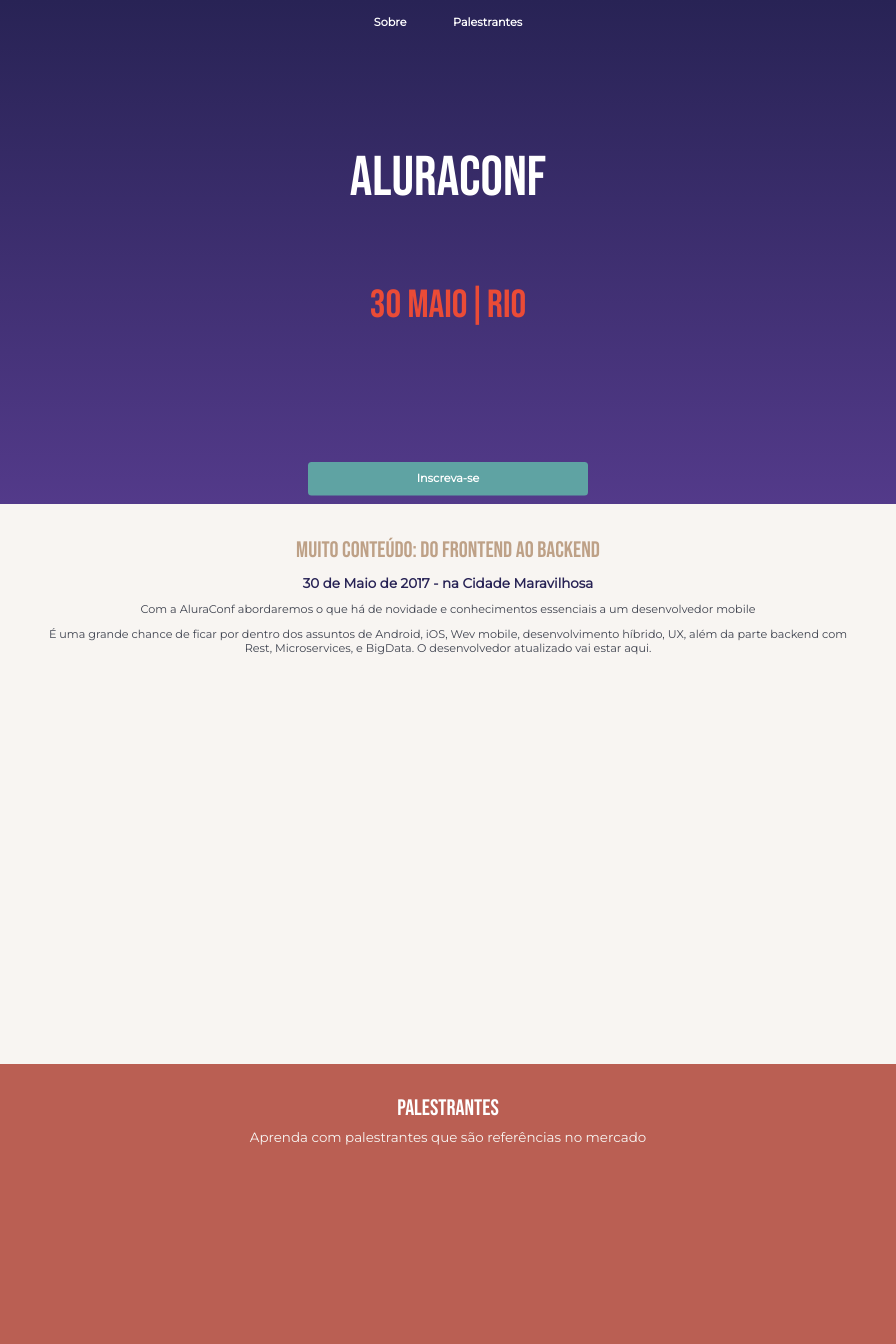
Repository: tomoliveira1/aluraconf
Page: index.html
These files come from the project's save history. The page is drawn as it stood at one moment and after the next save; the edit follows.
The browser window is 1280 px wide. The pictures show the part of the page from y = 0 to 1920 px (the page is 2856 px tall before and 2271 px after), at 70% of full size.

Above is the page before, as saved 2021-10-12 20:21:30.

### index.html
<!-- PROJETO FINAL - ALURACONF -->

<!DOCTYPE html>
<html lang="pt-br">
  <head>
    <meta charset="UTF-8" />
    <meta http-equiv="X-UA-Compatible" content="IE=edge" />
    <meta name="viewport" content="width=device-width, initial-scale=1.0" />
    <title>AluraConf</title>

    <link rel="stylesheet" href="/aluraconf/css/reset.css" />
    <link rel="stylesheet" href="/aluraconf/css/base.css" />

    <link rel="stylesheet" href="aluraconf/css/header.css" />
    <link rel="stylesheet" href="aluraconf/css/about.css" />
    <link rel="stylesheet" href="aluraconf/css/palestrantes.css" />
    <link rel="stylesheet" href="aluraconf/css/form.css" />

    <link rel="preconnect" href="https://fonts.googleapis.com" />
    <link rel="preconnect" href="https://fonts.gstatic.com" crossorigin />
    <link
      href="https://fonts.googleapis.com/css2?family=Bebas+Neue&family=Montserrat:wght@300;400&display=swap"
      rel="stylesheet"
    />
  </head>
  <body>
    <header class="header header_image container">
      <nav class="header_nav">
        <ul>
          <li class="header_link"><a href="">Sobre</a></li>
          <li class="header_link"><a href="">Palestrantes</a></li>
        </ul>
      </nav>

      <h1 class="header_title">AluraConf</h1>
      <h1 class="header_subtitle">30 Maio|Rio</h1>

      <a class="header_button button" href="#">Inscreva-se</a>
    </header>

    <main>
      <section class="about container">
        <h1>Muito conteúdo: do frontend ao backend</h1>
        <h2>30 de Maio de 2017 - na Cidade Maravilhosa</h2>
        <p>
          Com a AluraConf abordaremos o que há de novidade e conhecimentos
          essenciais a um desenvolvedor mobile
        </p>
        <p>
          É uma grande chance de ficar por dentro dos assuntos de Android, iOS,
          Wev mobile, desenvolvimento híbrido, UX, além da parte backend com
          Rest, Microservices, e BigData. O desenvolvedor atualizado vai estar
          aqui.
        </p>
      </section>

      <section class="palestrantes container">
        <h1>Palestrantes</h1>
        <h2>Aprenda com palestrantes que são referências no mercado</h2>
      </section>

      <section class="form container">
        <h1>seus dados</h1>
        <div>
          <form>
            <label class="custom_field">
              <input
                class="form_input"
                type="text"
                id="nome"
                placeholder="Nome Completo"
              />
            </label>

            <label class="custom_field">
              <input
                class="form_input"
                type="text"
                id="email"
                placeholder="Email"
              />
            </label>
          </form>

          <a class="submit_button button">Enviar</a>
        </div>
      </section>
    </main>
  </body>
</html>

### aluraconf/css/base.css
/* Cores */
:root {
  --white: #fff;
  --beige: #bea187;
  --light-beige: #F8F5F2;
  --red: #eb4b36;
  --bg-orange: #BA5F53;
  --bg-color-darker: #282355;
  --bg-color-lighter: #533a8a;
  --text-color: #3f434f;
  --button: #5fa3a3;
  --clr-primary: #651fff;
  --clr-gray: #37474f;
  --clr-gray-light: #b0bec5;
  --input: #d5d5d5;

  --bebas-neue: "Bebas Neue", cursive;
  --montserrat: "Montserrat", sans-serif;
}

body {
  font-family: "Bebas Neue", cursive;
  font-family: "Montserrat", sans-serif;
}

.container {
  padding-right: 6%;
  padding-left: 6%;
}

.button {
  background-color: var(--button);
  color: var(--white);
  font-weight: 600;
  text-align: center;
  display: block;
  max-width: 400px;
  box-sizing: border-box;
  padding: 1rem 2rem;
  border-radius: 5px;
}

### aluraconf/css/header.css
.header {
  background-image: linear-gradient(var(--bg-color-darker), var(--bg-color-lighter) );

  width: 100%;
  min-height: 100vh;

  box-sizing: border-box;

  display: flex;
  flex-direction: column;
  align-items: center;

  padding-top: 0.75rem;
  padding-bottom: 0.75rem;
}

.header_nav {
  text-align: center;
}

.header_link {
  color: var(--white);
  font-size: 1rem;
  font-weight: 600;

  display: inline-block;

  margin-right: 0.7rem;
  margin-bottom: 4rem;
  margin-left: 0.7rem;

  padding: 0.75rem 1.25rem;
}

.header_title {
  font-family: "Bebas Neue", cursive;
  color: var(--white);
  font-size: 5rem;
}

.header_subtitle {
  font-family: "Bebas Neue", cursive;
  font-size: 3.5rem;
  color: var(--red);
  margin-bottom: 6rem;
}

.header_button {
  width: 100%;
}

@media screen and (min-width: 1024px) {
  .header {
    flex-direction: column;
    justify-content: space-between;
    border: none;
  }
}

### aluraconf/css/about.css
.about {
  background-color: var(--light-beige);
  min-height: 100vh;
  padding: 3rem 5% 2rem;
  line-height: 1.2;
}

.about h1 {
  font-family: "Bebas Neue", cursive;
  color: var(--beige);
  text-transform: uppercase;
  text-align: center;
  font-size: 2rem;
  margin-bottom: 1rem;
}

.about h2 {
  color: var(--bg-color-darker);
  font-family: "Montserrat", sans-serif;
  font-weight: bold;
  text-align: center;
  font-size: 1.2rem;
  margin-bottom: 1rem;
}

.about p {
  color: var(--text-color);
  width: 100%;
  display: block;
  text-align: center;
  margin-bottom: 1rem;
  margin-right: 0;
}

### aluraconf/css/palestrantes.css


.palestrantes {
    background-color: var(--bg-orange);
    min-height: 100vh;
    padding: 3rem 5% 2rem;
}

h1 {
    font-family: "Bebas Neue", cursive;
    color: var(--white);
    text-transform: uppercase;
    text-align: center;
    font-size: 2rem;
    margin-bottom: 1rem;
}

h2 {
    font-family: var(--montserrat);
    color: var(--light-beige);
    text-align: center;
    font-size: 1.2rem;
    margin-bottom: 1rem;
}

### aluraconf/css/form.css
.form {
    display: flex;
    flex-direction: column;
    background-color: var(--light-beige);
    min-height: 70vh;
    padding-top: 2rem;
    align-items: center;
}

.form h1 {
    font-family: "Bebas Neue", cursive;
    color: var(--beige);
    text-transform: uppercase;
    text-align: center;
    font-size: 2rem;
    margin-bottom: 1rem;
}

.custom_field {
    position: relative;
    font-size: 14px;
    padding-top: 20px;
    margin-bottom: 5px;
}

.custom_field input {
    width: 100%;
    box-sizing: border-box;
    border: none;
    appearance: none;
    background: var(--input);
    padding: 12px;
    border-radius: 3px;
    margin-top: 2rem;
    outline: none;
    font-size: 14px;
}

.curstom_field span {
    position: absolute;
    left: 12px;
    top: 50%;
}

input:focus::placeholder {
    color: transparent;
}

input::placeholder {
    color: #222;
    transition: color 0.3s ease;
}

.submit_button {
    width: 100%;
    margin-top: 3rem;
    cursor: pointer;
}

Loaded but not shown: aluraconf/css/reset.css (common file)

After the next save:
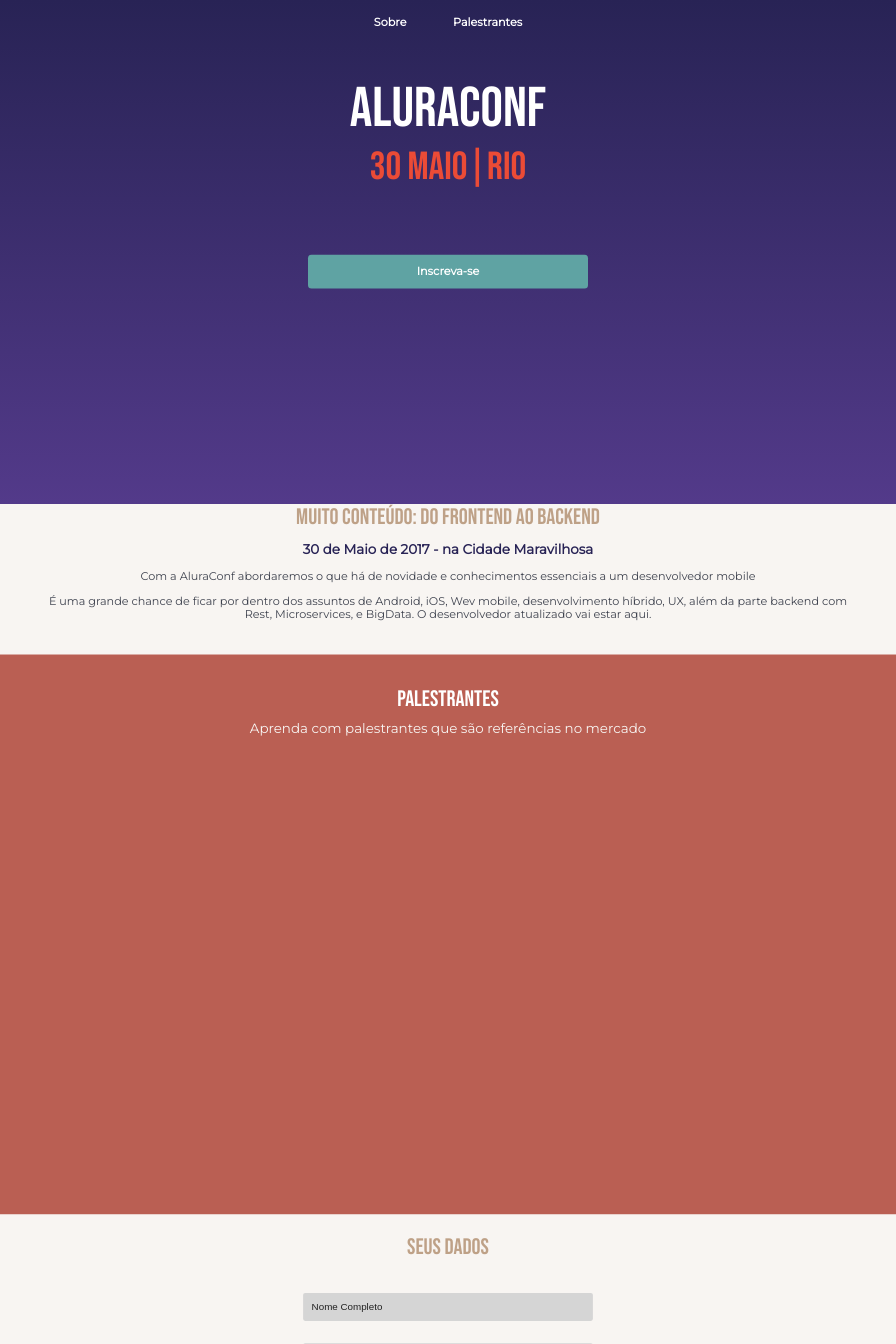
Saved 23 s later.
--- a/aluraconf/css/header.css
+++ b/aluraconf/css/header.css
@@ -52,7 +52,7 @@
 @media screen and (min-width: 1024px) {
   .header {
     flex-direction: column;
-    justify-content: space-between;
+    float: left;
     border: none;
   }
 }

After the 2 saves that followed:
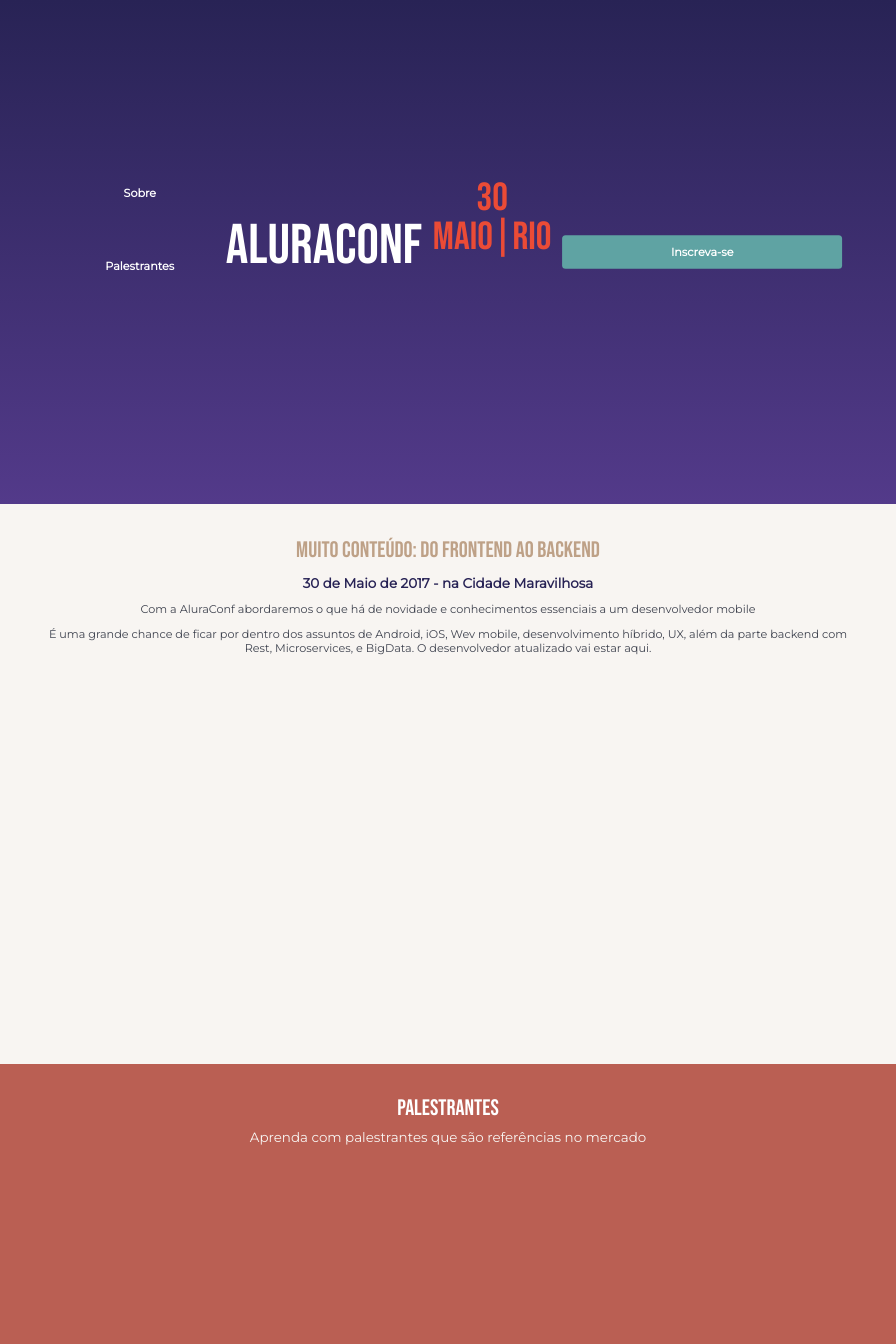
The 2 saves are shown as one change because they came seconds apart.
The last was saved 12 s later.
--- a/aluraconf/css/header.css
+++ b/aluraconf/css/header.css
@@ -52,7 +52,7 @@
 @media screen and (min-width: 1024px) {
   .header {
     flex-direction: column;
-    float: left;
+    flex-direction: initial;
     border: none;
   }
 }
